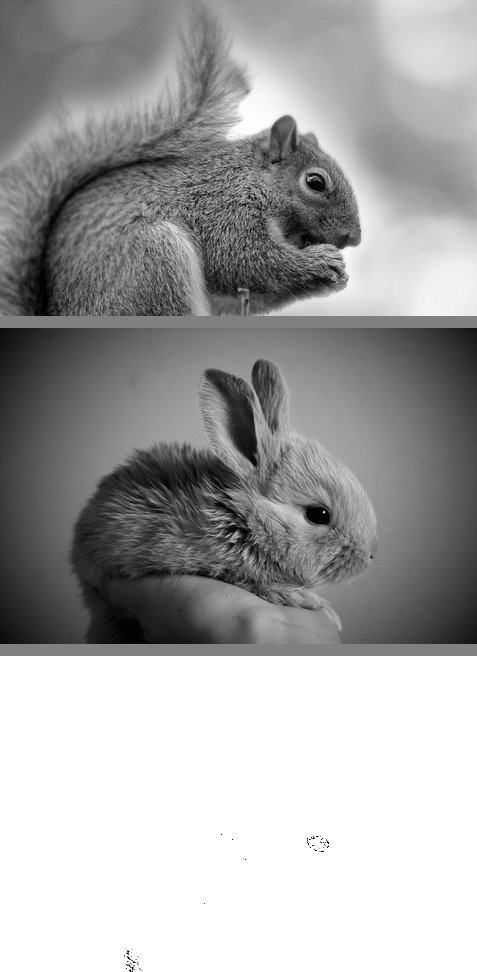
Repository: Yuer-yuan/CV
Script's output: python lab1-hybrid-image/gui/fft.py
The author's editor kept a copy of each file at every save. The script's output is drawn from the files as they stood at one save, then again after the next save.
Each picture stacks the figures in order, with grey between them; figures that are only written to a file come last. Random numbers start from a fixed seed. It also reads lab1-hybrid-image/gui/res/bunny1.png, lab1-hybrid-image/gui/res/squirrel1.png.

Above is the script's output before, as saved 2023-03-26 17:09:50.

### lab1-hybrid-image/gui/fft.py
import cv2
import numpy as np
from matplotlib import pyplot as plt

pairs = [
    ('res/squirrel1.png', 'res/bunny1.png'),
    ('res/cat.jpg', 'res/dog.jpg'),
    ('res/donkey1.png', 'res/zebra1.png'),
]
pair_idx = 0

ksize1, sigma1, ksize2, sigma2 = 39, 11, 21, 5
d1, d2 = 10, 10


def fft2d(img):
    return np.fft.fftshift(np.fft.fft2(img))


def ifft2d(img):
    return np.fft.ifft2(np.fft.ifftshift(img))


def ideal_lowpass_filter(img, d):
    rows, cols = img.shape
    crow, ccol = rows // 2, cols // 2
    mask = np.zeros((rows, cols), np.float32)
    cv2.circle(mask, (crow, ccol), d, 1, -1)
    return mask


def spatial_hybrid_image(img1, img2, ksize1, sigma1, ksize2, sigma2):
    # convert to float32
    img1_low = cv2.GaussianBlur(img1, (ksize1, ksize1), sigma1)
    img2_low = cv2.GaussianBlur(img2, (ksize2, ksize2), sigma2)
    img2_high = cv2.subtract(img2, img2_low)

    cv2.imshow('img1_low', img1_low)
    cv2.imshow('img2_high', img2_high)


def spectral_hybrid_image(image1, image2, d1, d2):
    # convert to float32
    # image1 = np.float32(image1)
    # image2 = np.float32(image2)

    # get the size of the images
    rows, cols = image1.shape

    # compute the FFT of the images
    f1 = fft2d(image1)
    f2 = fft2d(image2)

    # construct the low pass and high pass filters
    h1 = ideal_lowpass_filter(image1, d1)
    h2 = 1 - h1

    # apply the filters to the Fourier images
    f1 = f1 * h1
    f2 = f2 * h2

    # reconstruct the images
    f3 = f1 + f2
    hybrid_image = np.real(ifft2d(f3))

    # crop the images
    hybrid_image = hybrid_image[0:rows, 0:cols]

    # display the images
    cv2.imshow('image1', image1)
    cv2.imshow('image2', image2)
    cv2.imshow('hybrid_image', hybrid_image)




if __name__ == '__main__':
    img1 = cv2.imread(pairs[pair_idx][0], 0)    # read as grayscale
    img2 = cv2.imread(pairs[pair_idx][1], 0)

    # spatial_hybrid_image(img1, img2, ksize1, sigma1, ksize2, sigma2)
    spectral_hybrid_image(img1, img2, d1, d2)
    cv2.waitKey(0)

After the next save:
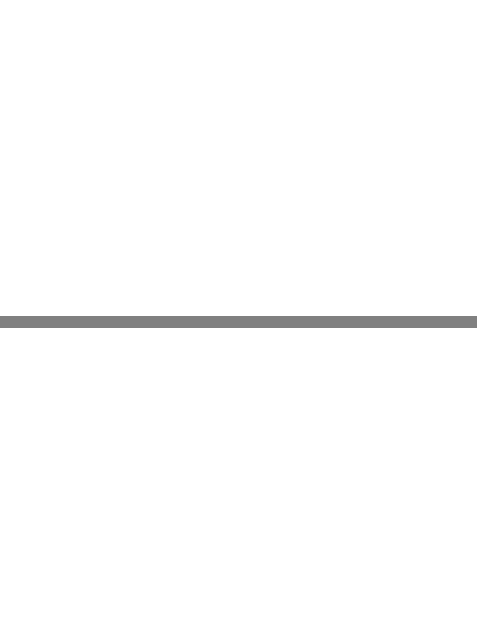
Saved 60 s later.
--- a/lab1-hybrid-image/gui/fft.py
+++ b/lab1-hybrid-image/gui/fft.py
@@ -40,36 +40,11 @@ def spatial_hybrid_image(img1, img2, ksize1, sigma1, ksize2, sigma2):
 
 
 def spectral_hybrid_image(image1, image2, d1, d2):
-    # convert to float32
-    # image1 = np.float32(image1)
-    # image2 = np.float32(image2)
-
-    # get the size of the images
-    rows, cols = image1.shape
-
-    # compute the FFT of the images
     f1 = fft2d(image1)
     f2 = fft2d(image2)
 
-    # construct the low pass and high pass filters
-    h1 = ideal_lowpass_filter(image1, d1)
-    h2 = 1 - h1
-
-    # apply the filters to the Fourier images
-    f1 = f1 * h1
-    f2 = f2 * h2
-
-    # reconstruct the images
-    f3 = f1 + f2
-    hybrid_image = np.real(ifft2d(f3))
-
-    # crop the images
-    hybrid_image = hybrid_image[0:rows, 0:cols]
-
-    # display the images
-    cv2.imshow('image1', image1)
-    cv2.imshow('image2', image2)
-    cv2.imshow('hybrid_image', hybrid_image)
+    cv2.imshow('f1', np.log(np.abs(f1)))
+    cv2.imshow('f2', np.log(np.abs(f2)))
 
 
 
